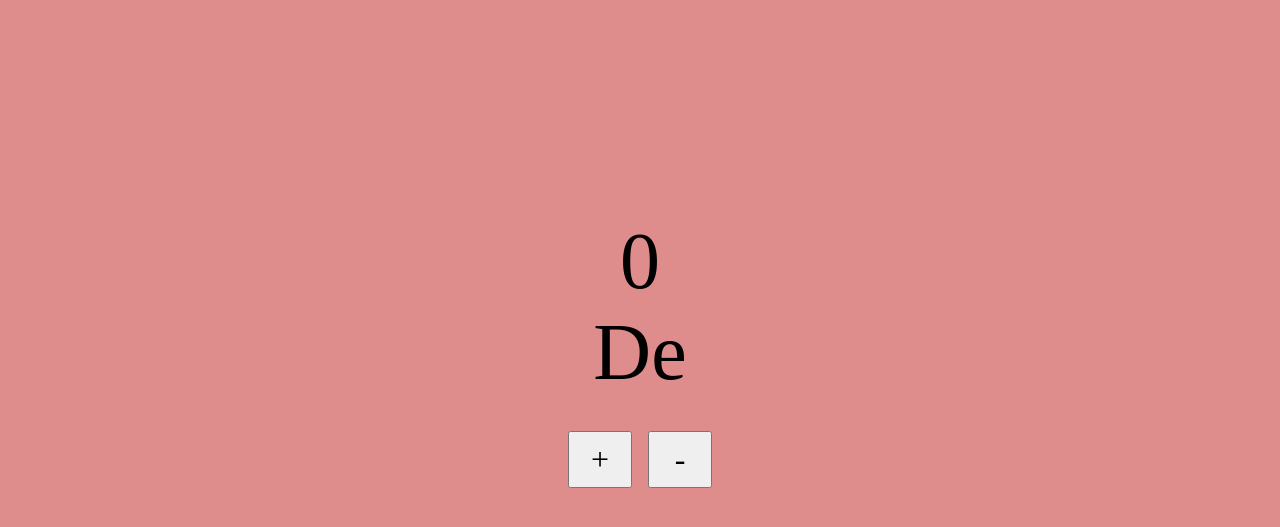
Repository: nasimqureshi/counter-in-redux
Page: /
An editor plug-in stored every save of this project. The page is shown before and after a run of saves, followed by the edit.
The browser window is 1280 px wide. The pictures show the whole page.
The project was rebuilt for these pictures with package versions that can differ from the ones it lists, and the page was loaded fresh each time.

Above is the page before, as saved 2024-10-16 22:57:57.

After the next 2 saves:
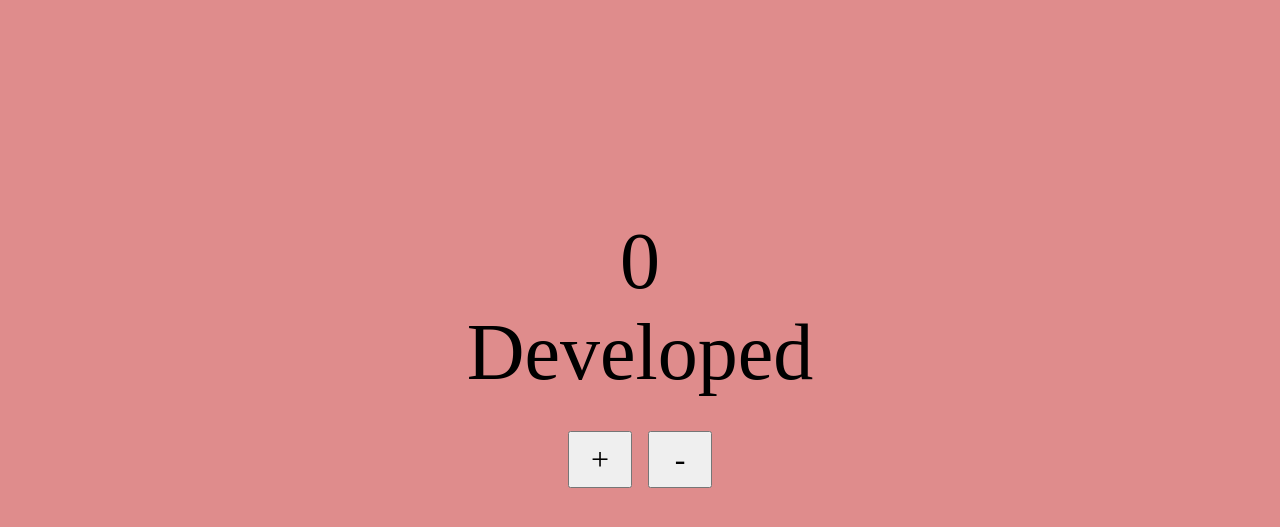
The 2 saves are shown as one change because they came seconds apart.
The last was saved 12 s later.
--- a/src/features/counter/Counter.js
+++ b/src/features/counter/Counter.js
@@ -9,7 +9,7 @@ const Counter = () => {
   return (
     <section>
       <p>{count}</p>
-      <p>De</p>
+      <p>Developed </p>
       <div>
         <button onClick={()=> dispatch(increment())}>+</button>
         <button onClick={()=> dispatch(decrement())}>-</button>
